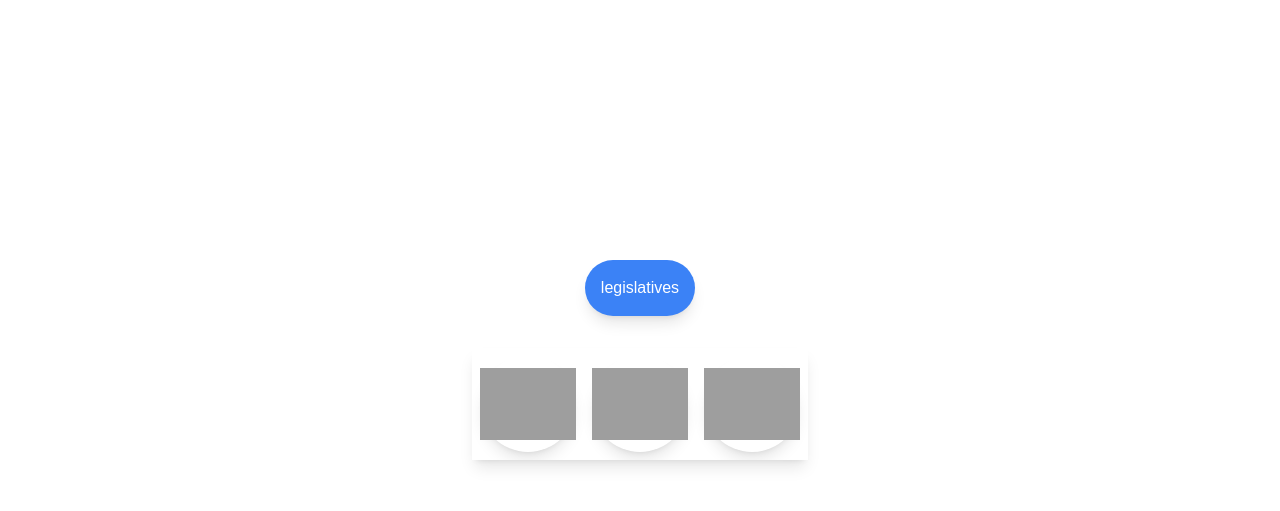
Repository: MDiouf9/legislatives
Page: /
The author's editor kept a copy of each file at every save. The page is drawn from the files as they stood at one save, then again after a run of saves.
The browser window is 1280 px wide. The pictures show the whole page.
Pictures or frames that could not be fetched are drawn as grey boxes. The project was rebuilt for these pictures with package versions that can differ from the ones it lists, and the page was loaded fresh each time. The framework's server and built-in components were replaced by stand-ins that run in the browser. Also part of the build but not shown: next.config.ts.

Above is the page before, as saved 2024-10-31 18:20:32.

### src/app/layout.tsx
import type { Metadata } from "next";
import localFont from "next/font/local";
import "./globals.css";


const geistSans = localFont({
  src: "./fonts/GeistVF.woff",
  variable: "--font-geist-sans",
  weight: "100 900",
});
const geistMono = localFont({
  src: "./fonts/GeistMonoVF.woff",
  variable: "--font-geist-mono",
  weight: "100 900",
});

export const metadata: Metadata = {
  title: "Legislatives 2024",
  description: " Pour mettre en avant les legislatives ",
};

export default function RootLayout({
  children,
}: Readonly<{
  children: React.ReactNode;
}>) {
  return (
    <html lang="en">
      <body
        className={`${geistSans.variable} ${geistMono.variable} antialiased`}
      >
        {children}
      </body>
    </html>
  );
}

### src/app/page.tsx
"use client"

import { Boutton } from "./Composants/Boutton"

export default function Page() {
  return (


  <div className="flex justify-center items-center min-h-screen">
   <div className="max-w-md ">
   {/* <button
  type="button"
  className="text-white bg-gradient-to-r from-green-600 via-yellow-500 to-red-600 hover:bg-gradient-to-br focus:ring-4 focus:outline-none focus:ring-yellow-300 dark:focus:ring-yellow-800 shadow-lg shadow-yellow-500/50 dark:shadow-lg dark:shadow-yellow-800/80 font-medium rounded-lg text-sm px-5 py-2.5 text-center me-2 mb-2"
>
  Legislatives

</button> */}
<Boutton/>
   </div>

  </div>
   )
}

### src/app/globals.css
@tailwind base;
@tailwind components;
@tailwind utilities;

/* :root {
  --background: #ffffff;
  --foreground: #171717;
}

@media (prefers-color-scheme: dark) {
  :root {
    --background: #0a0a0a;
    --foreground: #ededed;
  }
} */

body {
  /* color: var(--foreground);
  background: var(--background); */
  font-family: Arial, Helvetica, sans-serif;
}

### src/app/Composants/Boutton.tsx
"use client "
import React from 'react'
import {motion } from 'framer-motion'
import { useState } from 'react'



interface logo {
id : number,
src:string,
photo: string,


};
 const logos : logo [] = [
        {id: 1, src: '/path/to/logo1.png', photo: '/path/to/photo1.jpg'},
        {id: 2, src: '/path/to/logo1.png', photo: '/path/to/photo1.jpg'},
        {id: 3, src: '/path/to/logo1.png', photo: '/path/to/photo1.jpg'}
         ];
export const Boutton = () => {

    const [selectPhoto , setSelectPhoto] = useState<string | null>(null);
    const [ isRevelead , setIsRevelead] = useState (false);
    const containerVariants = {
      initial : {
          width: '200px',
          BorderRadius: '9999px'
      },

    revelead : {
      width : '100%',
      borderRadius: '16px',
      transition: { duration: 0.5, ease: "easeInOut" }
    }
   } ;

  const logoVariants = {
    initial: {
      opacity: 0,
      x: -20,
      display: 'none'
    },
    revealed: {
      opacity: 1,
      x: 0,
      display: 'flex',
      transition: {
        duration: 0.3,
        delay: 0.3
      }
    }
  };
  const ToggleRevelead =  () => {
    setIsRevelead(!isRevelead)
  };
  return (
   <motion.div className=' bg-white sh'



   >
    <div className='flex flex-col items-center space-y-8'>
        <motion.button   className="p-4 bg-blue-500 text-white rounded-full shadow-lg"
       whileHover= {{ rotate : 360}}
       transition={{duration :0.5}}
>
  legislatives
        </motion.button>

 <div className=' flex space-x-4 overflow-x-scroll shadow-lg p-2 cursor-pointer'>
   {logos.map((logo)=> (
    <motion.div
    key={logo.id}
    className=' w-24 h-24 rounded-full shadow-lg  py-2 cursor pointer'
    whileHover={{scale:1.1}}
    onHoverStart={() => setSelectPhoto(logo.photo)}
    onHoverEnd={() => setSelectPhoto(null)}
    >
      <img src={logo.src} alt={`logo ${logo.id} `} className='w-full h-full object-contain' />

    </motion.div>
   ))



   }

 </div>
 { selectPhoto &&  (
<motion.div
className=' w-64 h-64 rounded-lg overflow-hidden shadow-lg '
initial={{opacity:0, y:10}}
animate ={{opacity:1, y:0}}
transition={{duration:0.3}}
>
<img src={selectPhoto} alt="photo selectionner" className='w-full h-full object-cover' />
</motion.div>

  )}
    </div>
    </motion.div>
  );
   };

Loaded but not shown: tailwind.config.ts (common file)

After the next 6 saves:
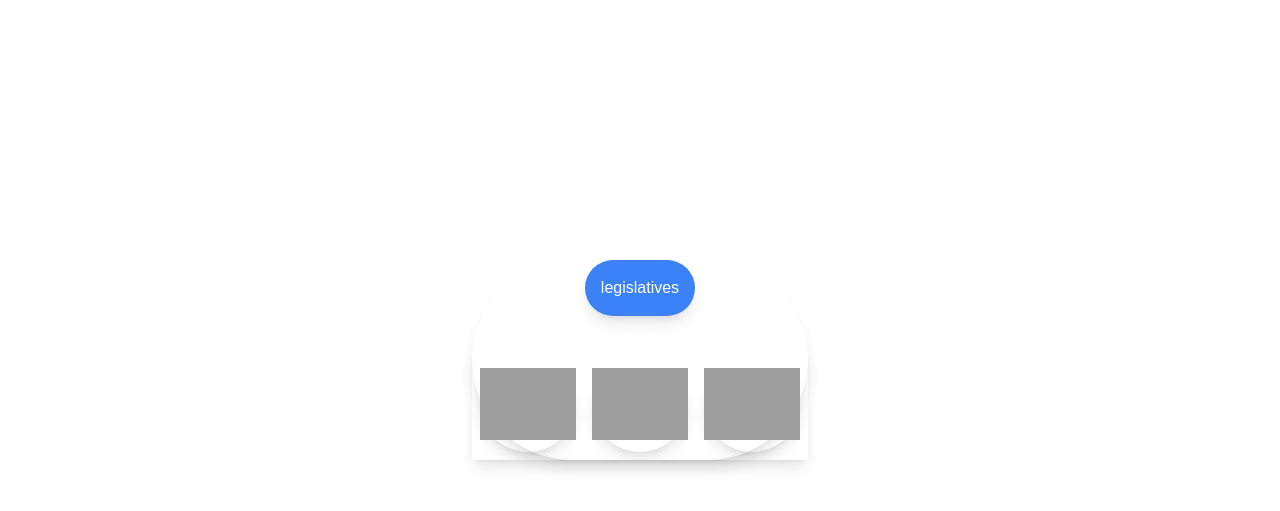
The 6 saves are shown as one change because they came seconds apart.
The last was saved 16 s later.
--- a/src/app/Composants/Boutton.tsx
+++ b/src/app/Composants/Boutton.tsx
@@ -54,7 +54,7 @@ export const Boutton = () => {
     setIsRevelead(!isRevelead)
   };
   return (
-   <motion.div className=' bg-white sh'
+   <motion.div className=' bg-white shadow-lg rounded-full '
 
 
 
